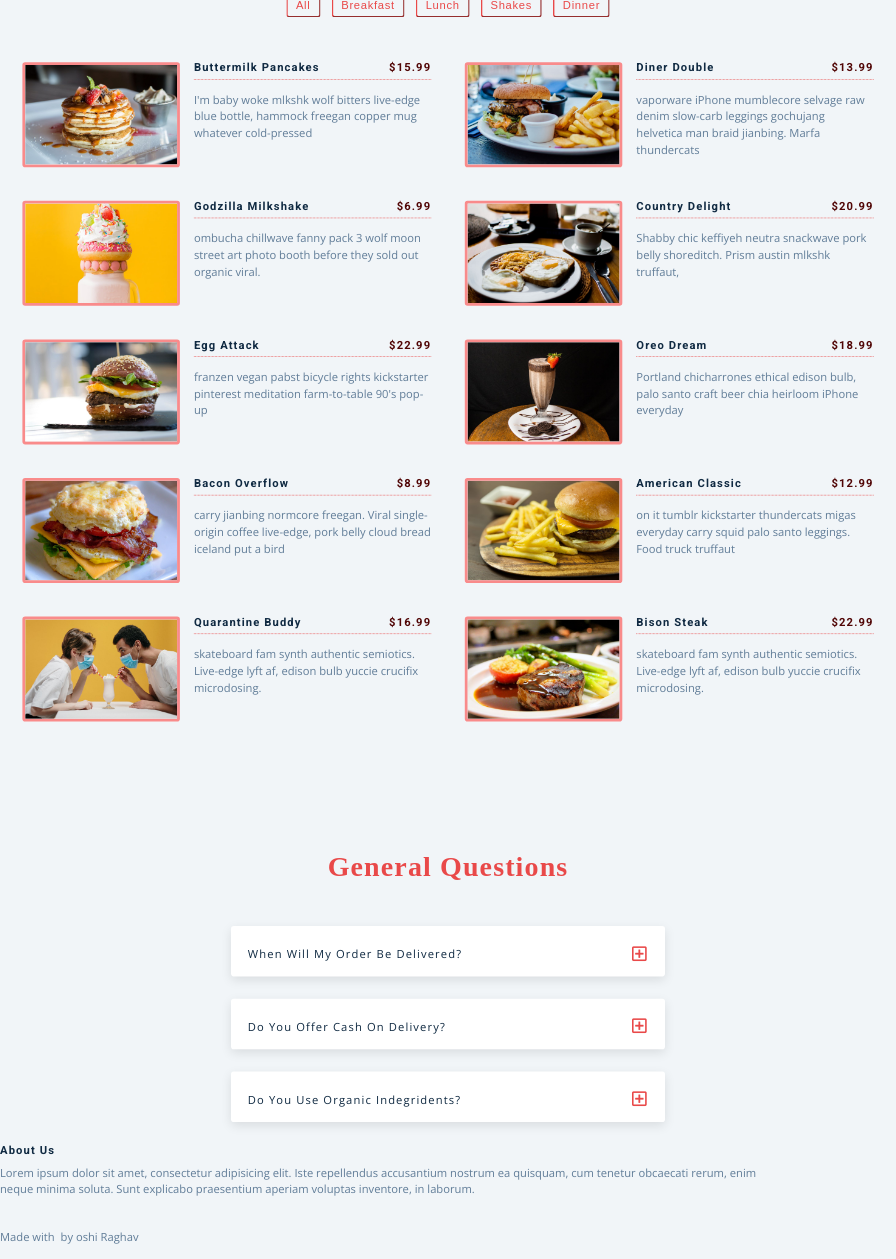
Repository: xoshiraghavx/Food-you
Page: index.html
The author's editor kept a copy of each file at every save. The page is drawn from the files as they stood at one save, then again after the next save.
The browser window is 1280 px wide. The pictures show the part of the page from y = 1037 to 2957 px (the page is 2836 px tall before and 2957 px after), at 70% of full size.
Some icons come from a web library that is not loaded, so they are not drawn. Some web libraries are served in a nearby version.

Above is the page before, as saved 2022-12-03 08:36:01.

After the next save:
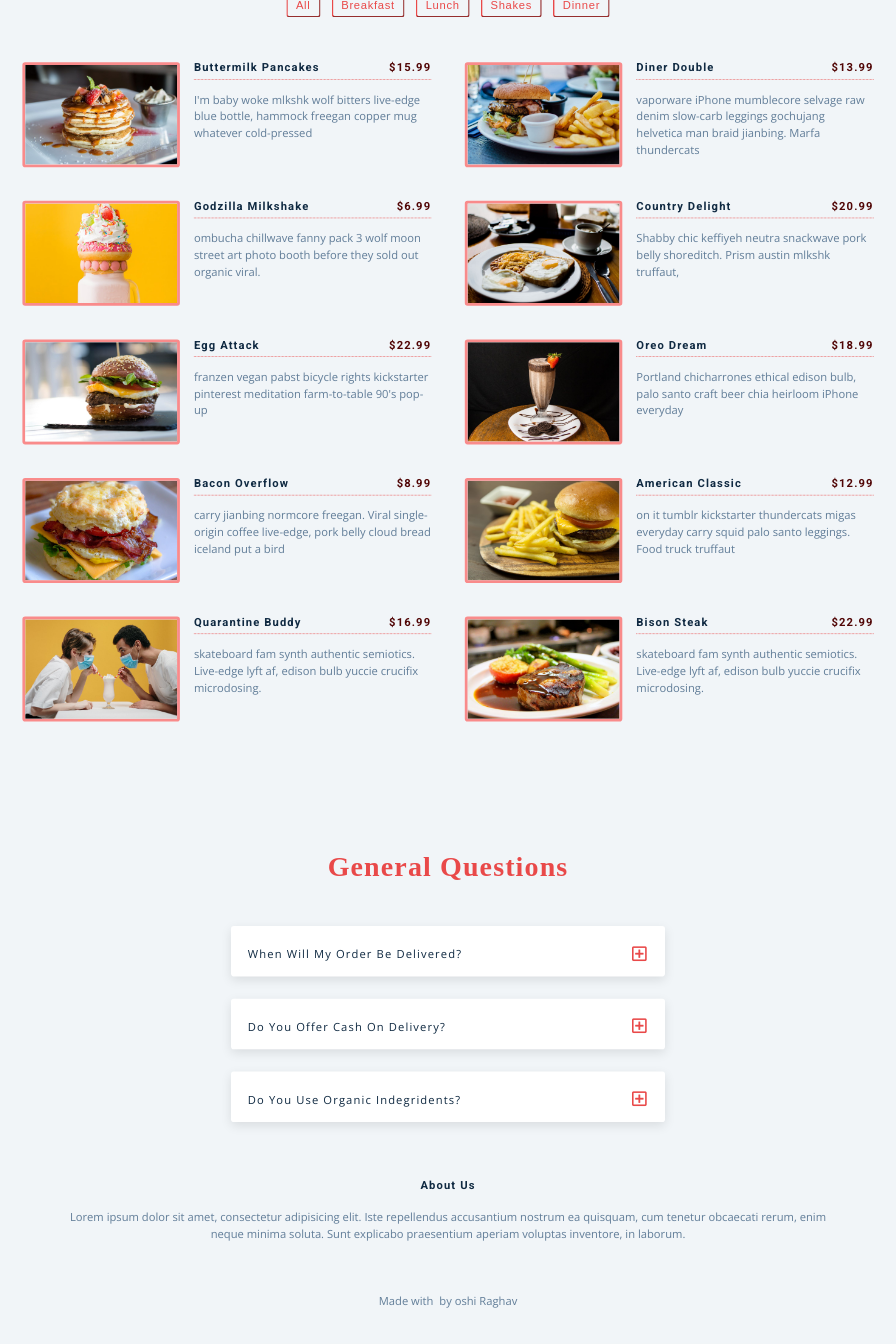
Saved 86 s later.
--- a/styles.css
+++ b/styles.css
@@ -514,3 +514,23 @@ Questions
 .show-text .plus-icon {
   display: none;
 }
+/* ---------footer----------- */
+.footer{
+  width: 100%;
+  text-align: center;
+  padding: 30px 0;
+}
+.footer h4{
+  margin-bottom: 25px;
+  margin-top: 20px;
+  font-weight: 600;
+}
+.icons .fa{
+  color: #f44336;
+  margin: 0 13px;
+  cursor: pointer;
+  padding: 18px 0;
+}
+.fa-heart-o{
+  color: #f44336;
+}
